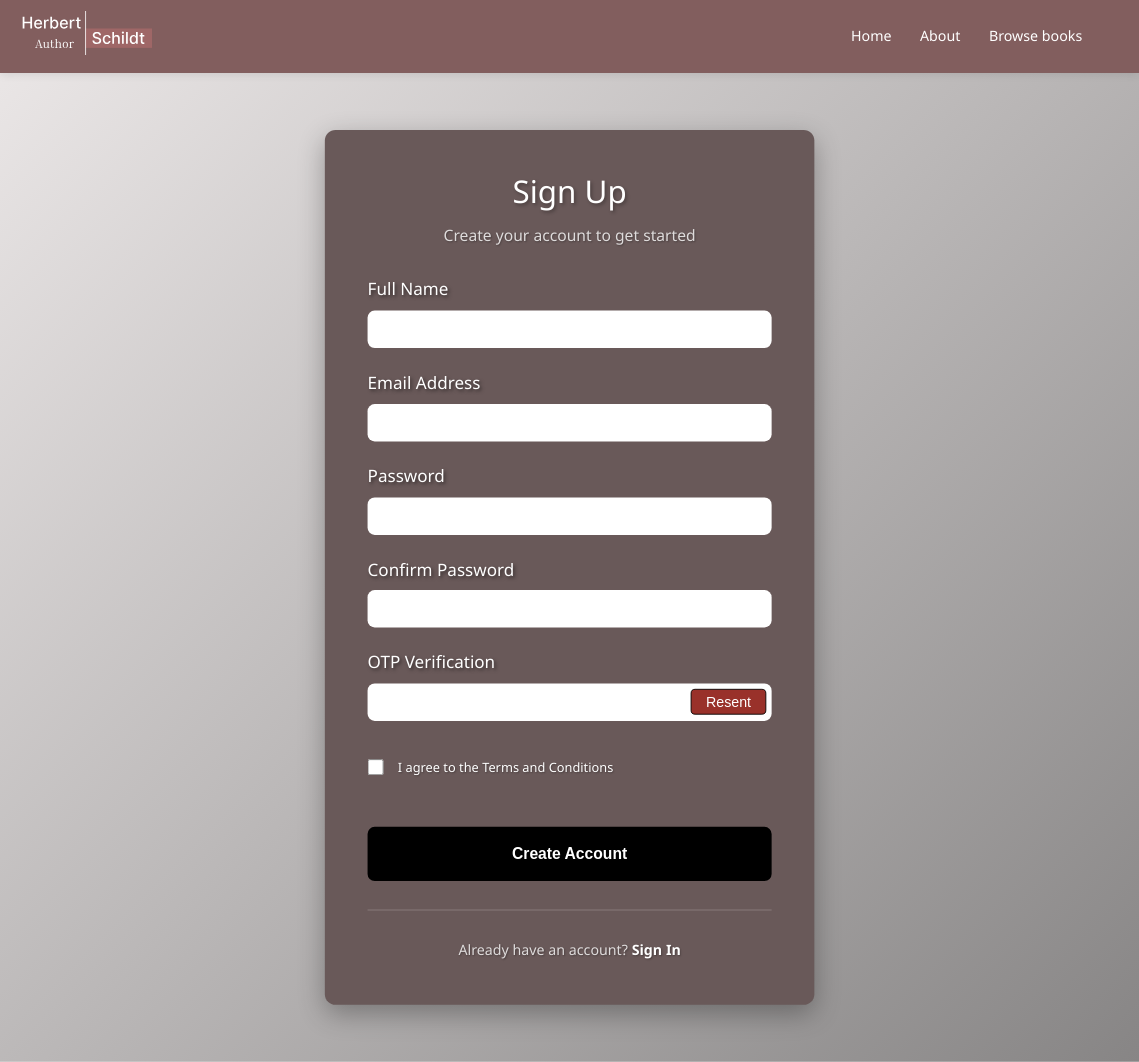
Repository: Darkrepo23/Author-Website-
Page: pages/signup.html
An editor plug-in stored every save of this project. The page is shown before and after the next save, followed by the edit.
The browser window is 1280 px wide. The pictures show the whole page, at 89% of full size.

Above is the page before, as saved 2025-09-23 14:03:48.
Console error: SyntaxError: Unexpected token ':'

After the next save:
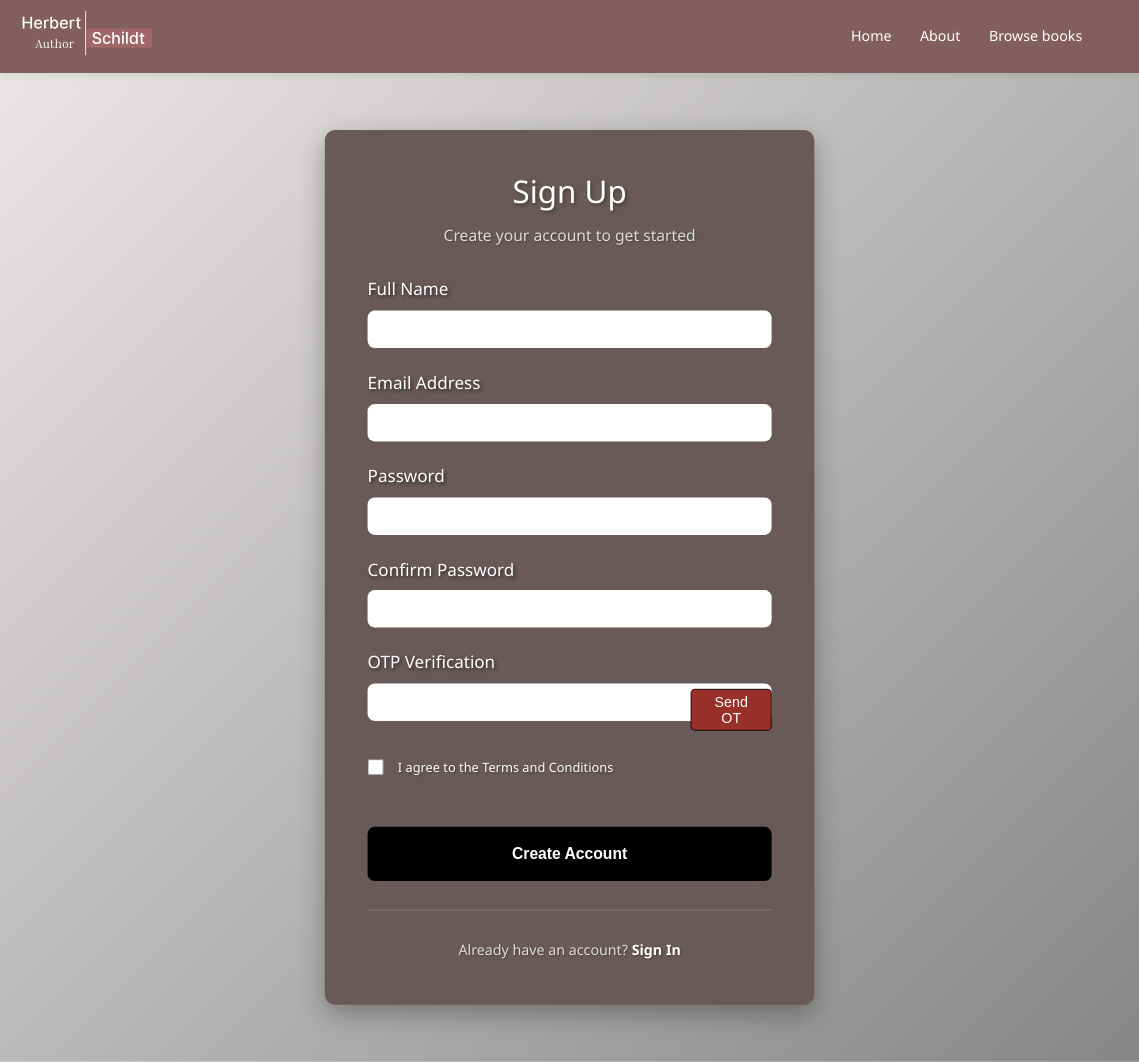
Saved 23 s later.
--- a/pages/signup.html
+++ b/pages/signup.html
@@ -56,7 +56,7 @@
                     <div class="form-group">
                         <label for="OTP-confirmation">OTP Verification</label>
                         <input type="number" id="OTP-confirmation" name="confirmPassword" required>
-                        <button class="res" id="send-OTP">Resent</button>
+                        <button class="res" id="send-OTP">Send OT</button>
                     </div>
 
 
@@ -80,78 +80,78 @@
 
     <script src="../js/signup.js"></script>
     <script>
-        document.addEventListener("DOMContentLoaded", function() {
-    emailjs.init("-xbRzNSapSs8iD-WK"); // Initialize EmailJS
+        document.addEventListener("DOMContentLoaded", function () {
+            emailjs.init("-xbRzNSapSs8iD-WK"); // Initialize EmailJS
 
-    const otpInput = document.getElementById("OTP-confirmation");
-    const sendBtn = document.getElementById("send-OTP");
-    const OTP_STORAGE_KEY = "OTPsign";
-    const OTP_DURATION = 5 * 60; // 5 minutes in seconds
-    let timerInterval = null;
+            const otpInput = document.getElementById("OTP-confirmation");
+            const sendBtn = document.getElementById("send-OTP");
+            const OTP_STORAGE_KEY = "OTPsign";
+            const OTP_DURATION = 5 * 60; // 5 minutes in seconds
+            let timerInterval = null;
 
-    function generateOTP() {
-        return Math.floor(10000 + Math.random() * 90000); // 5-digit OTP
-    }
+            function generateOTP() {
+                return Math.floor(10000 + Math.random() * 90000); // 5-digit OTP
+            }
 
-    function startTimer(duration) {
-        let remaining = duration;
-        sendBtn.disabled = true;
+            function startTimer(duration) {
+                let remaining = duration;
+                sendBtn.disabled = true;
 
-        if (timerInterval) clearInterval(timerInterval);
-        timerInterval = setInterval(() => {
-            const minutes = Math.floor(remaining / 60);
-            const seconds = remaining % 60;
-            sendBtn.textContent = `${minutes}:${seconds < 10 ? "0" : ""}${seconds}`;
-            remaining--;
+                if (timerInterval) clearInterval(timerInterval);
+                timerInterval = setInterval(() => {
+                    const minutes = Math.floor(remaining / 60);
+                    const seconds = remaining % 60;
+                    sendBtn.textContent = `${minutes}:${seconds < 10 ? "0" : ""}${seconds}`;
+                    remaining--;
 
-            if (remaining < 0) {
-                clearInterval(timerInterval);
-                sendBtn.textContent = "Resend OTP";
-                sendBtn.disabled = false;
+                    if (remaining < 0) {
+                        clearInterval(timerInterval);
+                        sendBtn.textContent = "Resend OTP";
+                        sendBtn.disabled = false;
+                    }
+                }, 1000);
             }
-        }, 1000);
-    }
 
-    async function sendOTP() {
-        const email = otpInput.dataset.email;
-        if (!email) {
-            alert("No email found to send OTP.");
-            return;
-        }
+            async function sendOTP() {
+                const email = otpInput.dataset.email;
+                if (!email) {
+                    alert("No email found to send OTP.");
+                    return;
+                }
 
-        // Remove old OTP if any
-        localStorage.removeItem(OTP_STORAGE_KEY);
+                // Remove old OTP if any
+                localStorage.removeItem(OTP_STORAGE_KEY);
 
-        const otp = generateOTP();
-        localStorage.setItem(OTP_STORAGE_KEY, JSON.stringify({ email, pin: otp }));
-        console.log("📨 OTP stored in localStorage:", otp);
+                const otp = generateOTP();
+                localStorage.setItem(OTP_STORAGE_KEY, JSON.stringify({ email, pin: otp }));
+                console.log("📨 OTP stored in localStorage:", otp);
 
-        try {
-            await emailjs.send("service_b816d9f", "template_1yu5htt", {
-                to_email: email,
-                to_name: email,
-                otp_code: otp
+                try {
+                    await emailjs.send("service_b816d9f", "template_1yu5htt", {
+                        to_email: email,
+                        to_name: email,
+                        otp_code: otp
+                    });
+                    console.log("✅ OTP sent via email!");
+                } catch (err) {
+                    console.error("❌ Failed to send OTP", err);
+                    alert("Failed to send OTP. Try again.");
+                    return;
+                }
+
+                startTimer(OTP_DURATION);
+            }
+
+            // First click/focus triggers OTP if none exists
+            otpInput.addEventListener("focus", function () {
+                if (!localStorage.getItem(OTP_STORAGE_KEY)) sendOTP();
             });
-            console.log("✅ OTP sent via email!");
-        } catch (err) {
-            console.error("❌ Failed to send OTP", err);
-            alert("Failed to send OTP. Try again.");
-            return;
-        }
 
-        startTimer(OTP_DURATION);
-    }
-
-    // First click/focus triggers OTP if none exists
-    otpInput.addEventListener("focus", function() {
-        if (!localStorage.getItem(OTP_STORAGE_KEY)) sendOTP();
-    });
-
-    // Click button to resend OTP
-    sendBtn.addEventListener("click", function() {
-        sendOTP();
-    });
-});
+            // Click button to resend OTP
+            sendBtn.addEventListener("click", function () {
+                sendOTP();
+            });
+        });
 
     </script>
 </body>
